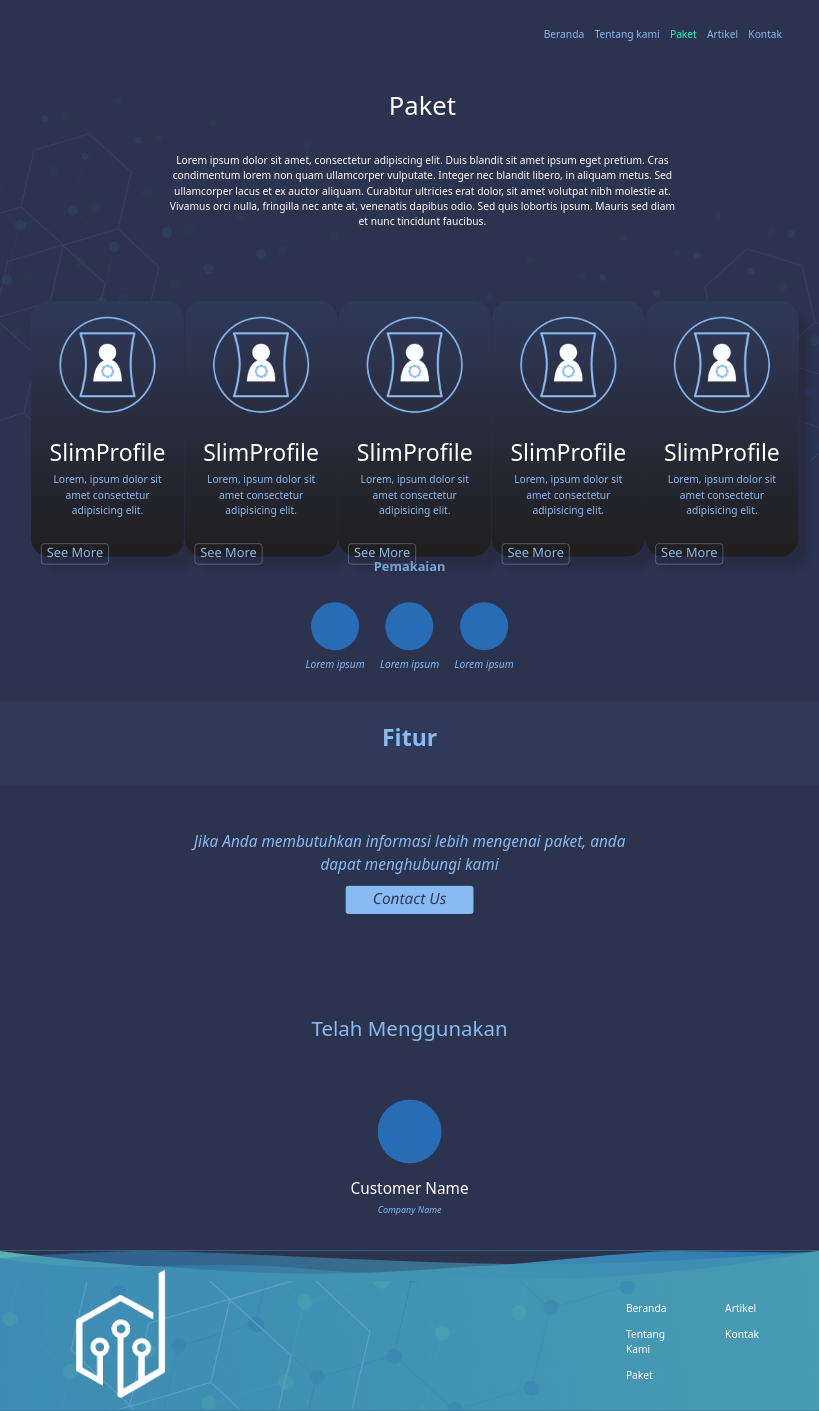
Repository: alfathard/dniztechno
Page: resources/views/productfront/show.blade.php
An editor plug-in stored every save of this project. The page is shown before and after the next save, followed by the edit.
The browser window is 1280 px wide. The pictures show the whole page, at 64% of full size.
Some web libraries are served in a nearby version. The page is served by the project's Laravel application, run on PHP 8.4 with Laravel 8. The template is opened directly, without the code that normally fills it, so the values that code supplies are empty.

Above is the page before, as saved 2025-03-22 08:59:01.
Console error: ReferenceError: $ is not defined

After the next save:
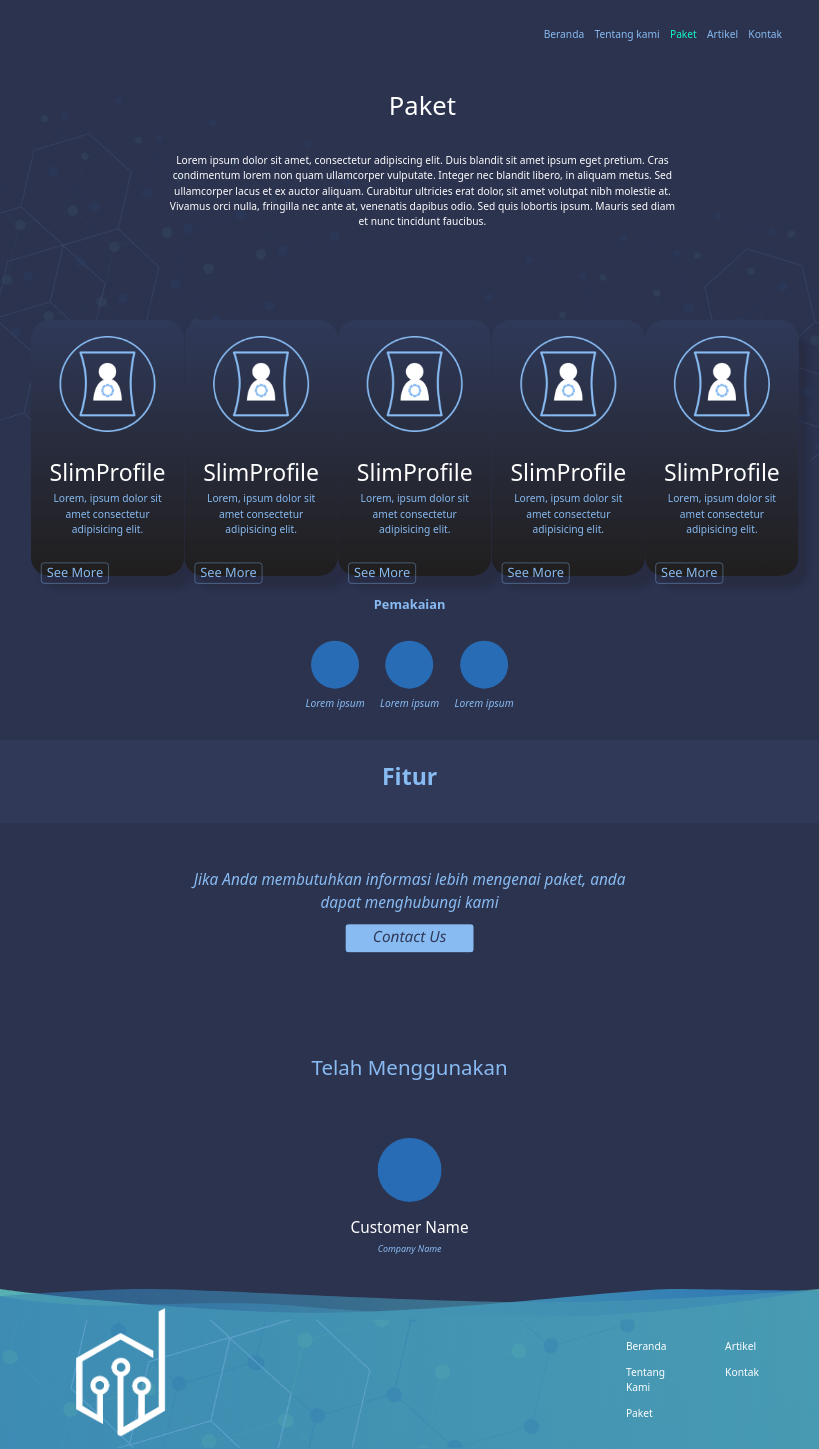
Saved 4 s later.
--- a/public/css/style.css
+++ b/public/css/style.css
@@ -958,7 +958,7 @@ a {
 .ss-product-card-zoom {
     height: auto;
     width: 240px;
-    padding-top: 30px 0;
+    padding: 30px 0;
 }
 /* [1] The container for product zoom & hover*/
 /* .ss-product-card-zoom {
